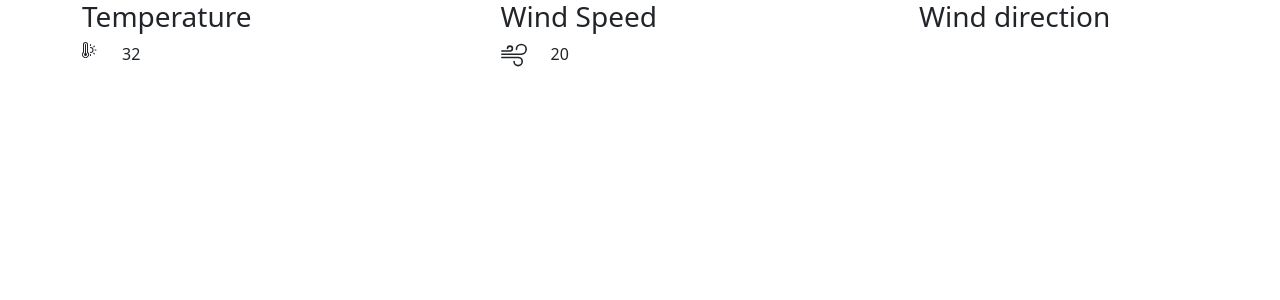
Repository: Saiyamjain-100/weather-app
Page: src/component/new.html
The author's editor kept a copy of each file at every save. The page is drawn from the files as they stood at one save, then again after the next save.
The browser window is 1280 px wide. The pictures show the whole page.

Above is the page before, as saved 2022-05-18 14:28:14.

### src/component/new.html
<!DOCTYPE html>
<html lang="en">
<head>
    <meta charset="UTF-8">
    <meta http-equiv="X-UA-Compatible" content="IE=edge">
    <meta name="viewport" content="width=device-width, initial-scale=1.0">

    <link href="https://cdn.jsdelivr.net/npm/bootstrap@5.2.0-beta1/dist/css/bootstrap.min.css" rel="stylesheet" integrity="sha384-0evHe/X+R7YkIZDRvuzKMRqM+OrBnVFBL6DOitfPri4tjfHxaWutUpFmBp4vmVor" crossorigin="anonymous">
    <title>Document</title>
</head>
<body>
    <script src="https://cdn.jsdelivr.net/npm/bootstrap@5.2.0-beta1/dist/js/bootstrap.bundle.min.js" integrity="sha384-pprn3073KE6tl6bjs2QrFaJGz5/SUsLqktiwsUTF55Jfv3qYSDhgCecCxMW52nD2" crossorigin="anonymous"></script>

    <div class="container">
        <div class="d-flex justify-content-between">
            <div class="col-md-3">
                <h3>Temperature</h3>
                <div class="d-flex justify-content-start">
                    <svg xmlns="http://www.w3.org/2000/svg" width="16" height="16" fill="currentColor" class="bi bi-thermometer-sun" viewBox="0 0 16 16">
                        <path d="M5 12.5a1.5 1.5 0 1 1-2-1.415V2.5a.5.5 0 0 1 1 0v8.585A1.5 1.5 0 0 1 5 12.5z"/>
                        <path d="M1 2.5a2.5 2.5 0 0 1 5 0v7.55a3.5 3.5 0 1 1-5 0V2.5zM3.5 1A1.5 1.5 0 0 0 2 2.5v7.987l-.167.15a2.5 2.5 0 1 0 3.333 0L5 10.486V2.5A1.5 1.5 0 0 0 3.5 1zm5 1a.5.5 0 0 1 .5.5v1a.5.5 0 0 1-1 0v-1a.5.5 0 0 1 .5-.5zm4.243 1.757a.5.5 0 0 1 0 .707l-.707.708a.5.5 0 1 1-.708-.708l.708-.707a.5.5 0 0 1 .707 0zM8 5.5a.5.5 0 0 1 .5-.5 3 3 0 1 1 0 6 .5.5 0 0 1 0-1 2 2 0 0 0 0-4 .5.5 0 0 1-.5-.5zM12.5 8a.5.5 0 0 1 .5-.5h1a.5.5 0 1 1 0 1h-1a.5.5 0 0 1-.5-.5zm-1.172 2.828a.5.5 0 0 1 .708 0l.707.708a.5.5 0 0 1-.707.707l-.708-.707a.5.5 0 0 1 0-.708zM8.5 12a.5.5 0 0 1 .5.5v1a.5.5 0 0 1-1 0v-1a.5.5 0 0 1 .5-.5z"/>
                      </svg>
                    <p class="mx-4"style="text-size-adjust: 20px;">32</p>
                </div>
            </div>
            <div class="col-md-3">
                <h3>Wind Speed</h3>
                <div class="d-flex justify-content-start">
                    <svg xmlns="http://www.w3.org/2000/svg" width="26" height="26" fill="currentColor" class="bi bi-wind" viewBox="0 0 16 16">
                        <path d="M12.5 2A2.5 2.5 0 0 0 10 4.5a.5.5 0 0 1-1 0A3.5 3.5 0 1 1 12.5 8H.5a.5.5 0 0 1 0-1h12a2.5 2.5 0 0 0 0-5zm-7 1a1 1 0 0 0-1 1 .5.5 0 0 1-1 0 2 2 0 1 1 2 2h-5a.5.5 0 0 1 0-1h5a1 1 0 0 0 0-2zM0 9.5A.5.5 0 0 1 .5 9h10.042a3 3 0 1 1-3 3 .5.5 0 0 1 1 0 2 2 0 1 0 2-2H.5a.5.5 0 0 1-.5-.5z"/>
                      </svg>
                    <p class="mx-4"style="text-size-adjust: 20px;">20</p>
                </div>
            </div>
            <div class="col-md-3">
                <h3>Wind direction</h3>
            </div>
        </div>
    </div>
</body>
</html>

After the next save:
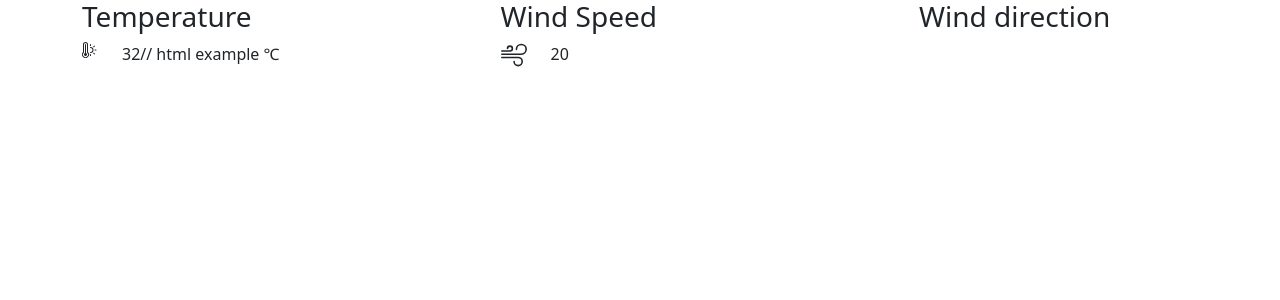
Saved 55 s later.
--- a/src/component/new.html
+++ b/src/component/new.html
@@ -20,7 +20,8 @@
                         <path d="M5 12.5a1.5 1.5 0 1 1-2-1.415V2.5a.5.5 0 0 1 1 0v8.585A1.5 1.5 0 0 1 5 12.5z"/>
                         <path d="M1 2.5a2.5 2.5 0 0 1 5 0v7.55a3.5 3.5 0 1 1-5 0V2.5zM3.5 1A1.5 1.5 0 0 0 2 2.5v7.987l-.167.15a2.5 2.5 0 1 0 3.333 0L5 10.486V2.5A1.5 1.5 0 0 0 3.5 1zm5 1a.5.5 0 0 1 .5.5v1a.5.5 0 0 1-1 0v-1a.5.5 0 0 1 .5-.5zm4.243 1.757a.5.5 0 0 1 0 .707l-.707.708a.5.5 0 1 1-.708-.708l.708-.707a.5.5 0 0 1 .707 0zM8 5.5a.5.5 0 0 1 .5-.5 3 3 0 1 1 0 6 .5.5 0 0 1 0-1 2 2 0 0 0 0-4 .5.5 0 0 1-.5-.5zM12.5 8a.5.5 0 0 1 .5-.5h1a.5.5 0 1 1 0 1h-1a.5.5 0 0 1-.5-.5zm-1.172 2.828a.5.5 0 0 1 .708 0l.707.708a.5.5 0 0 1-.707.707l-.708-.707a.5.5 0 0 1 0-.708zM8.5 12a.5.5 0 0 1 .5.5v1a.5.5 0 0 1-1 0v-1a.5.5 0 0 1 .5-.5z"/>
                       </svg>
-                    <p class="mx-4"style="text-size-adjust: 20px;">32</p>
+                    <p class="mx-4"style="text-size-adjust: 20px;">32// html example
+                        <span>&#8451;</span></p>
                 </div>
             </div>
             <div class="col-md-3">
